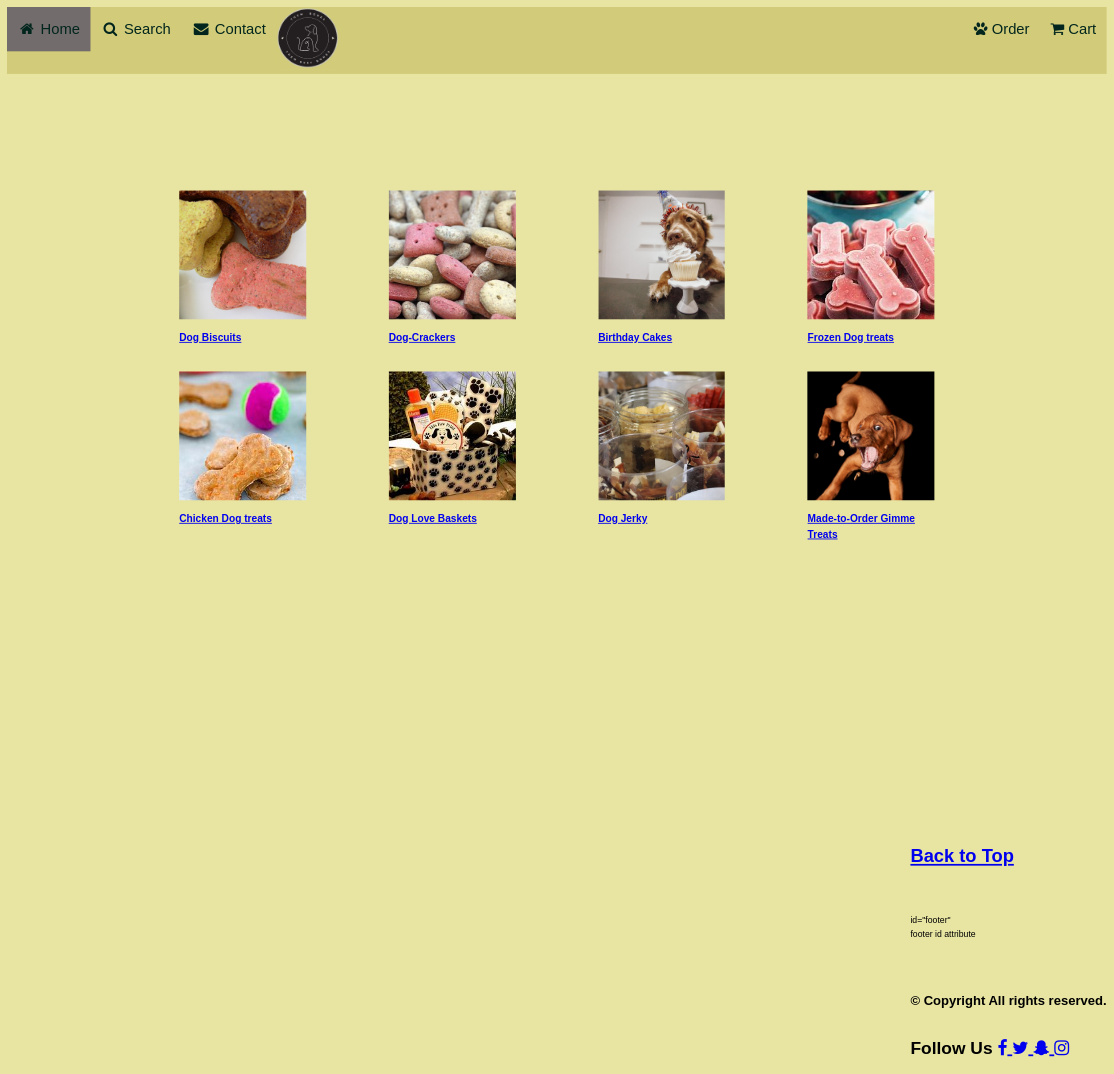
Repository: vgoins-RA2022/HTML-1
Page: index.html
The author's editor kept a copy of each file at every save. The page is drawn from the files as they stood at one save, then again after the next save.
The browser window is 1280 px wide. The pictures show the whole page, at 87% of full size.

Above is the page before, as saved 2023-01-21 18:44:02.

After the next save:
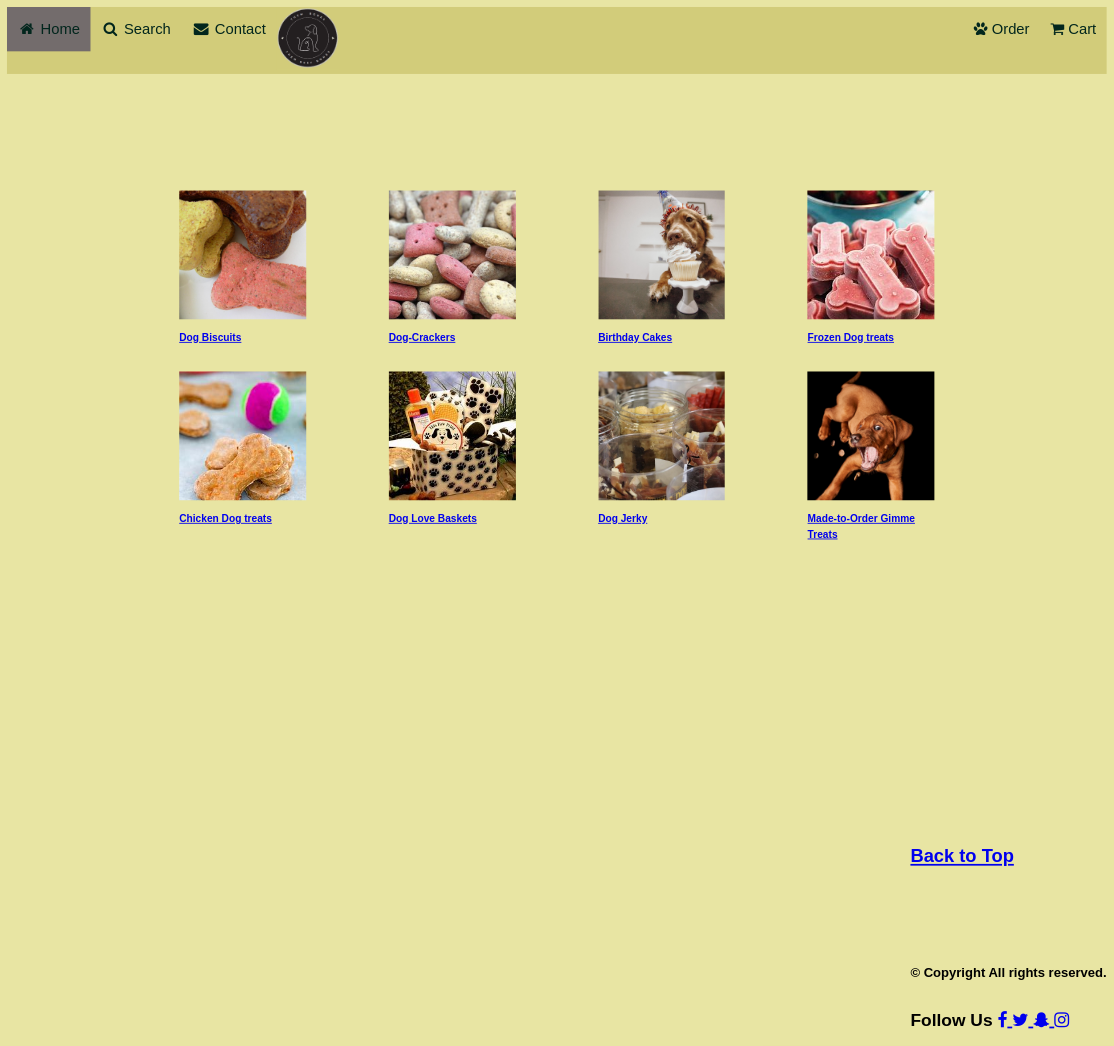
Saved 8 s later.
--- a/index.html
+++ b/index.html
@@ -86,7 +86,7 @@
 </body>
 
 <footer>
-  <div> id="footer"</div>  footer id attribute
+  <!-- <div> id="footer"</div>  footer id attribute -->
   <!-- setup top navigator bar in the footer of copywright and social media icons -->
   <div class="right"></div>
     <p class="copyright"> <h2>&copy; Copyright All rights reserved.</h2> </p>

After the save that followed:
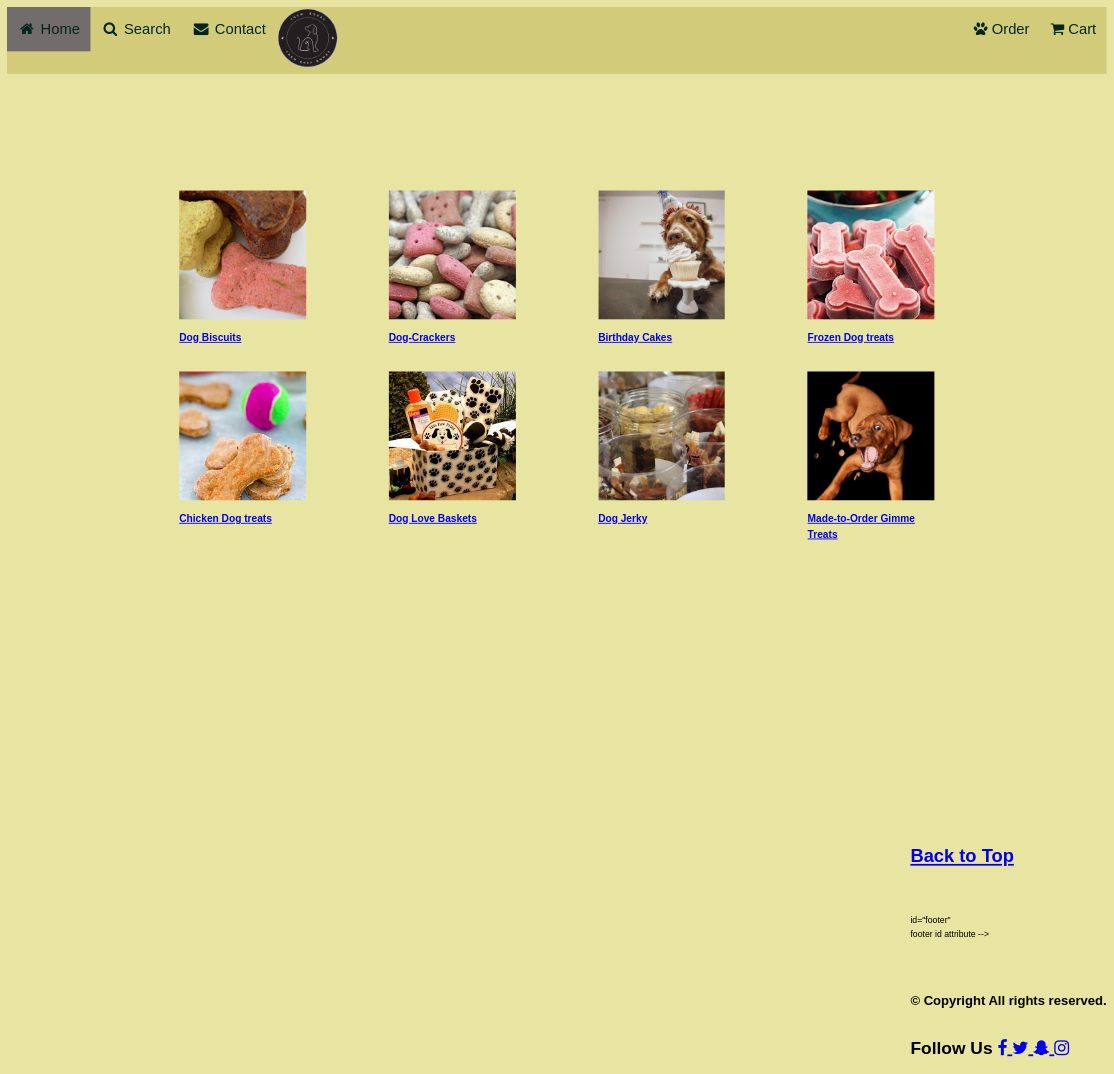
Saved 10 s later.
--- a/index.html
+++ b/index.html
@@ -86,7 +86,7 @@
 </body>
 
 <footer>
-  <!-- <div> id="footer"</div>  footer id attribute -->
+  <div> id="footer"</div>  footer id attribute -->
   <!-- setup top navigator bar in the footer of copywright and social media icons -->
   <div class="right"></div>
     <p class="copyright"> <h2>&copy; Copyright All rights reserved.</h2> </p>
